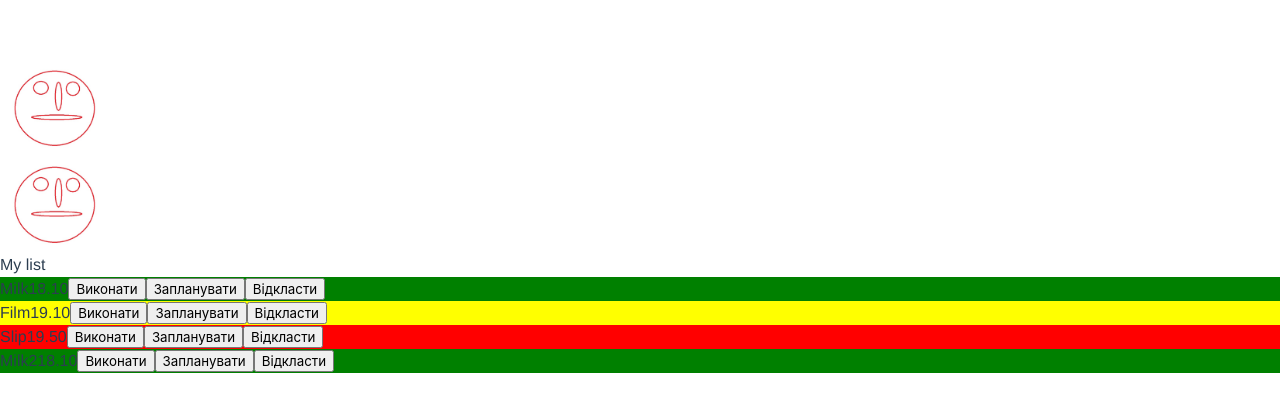
Repository: Olegche/sushi
Page: /
An editor plug-in stored every save of this project. The page is shown before and after the next save, followed by the edit.
The browser window is 1280 px wide. The pictures show the whole page.
The project was rebuilt for these pictures with package versions that can differ from the ones it lists, and the page was loaded fresh each time.

Above is the page before, as saved 2020-10-12 10:07:38.

After the next save:
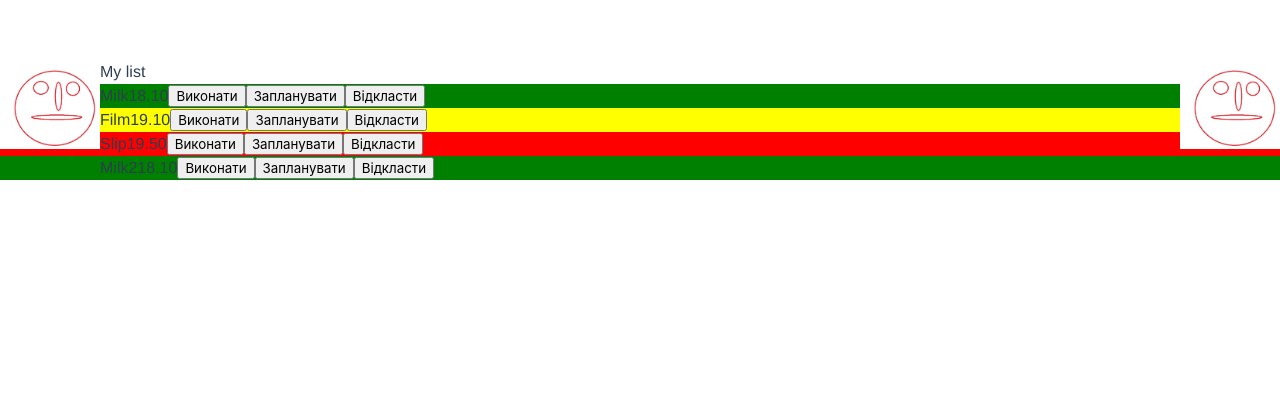
Saved 115 s later.
--- a/src/components/TodoList/index.vue
+++ b/src/components/TodoList/index.vue
@@ -62,12 +62,12 @@ import TodoItem from "./TodoItem";
     width: 100vw;
 /* display: flex; */
 }
-.image-1{
+.img-1{
     width:100px;
     /* display: flex; */
     float: left;
 }
-.image-2{
+.img-2{
     width:100px;
     /* display: flex; */
 
